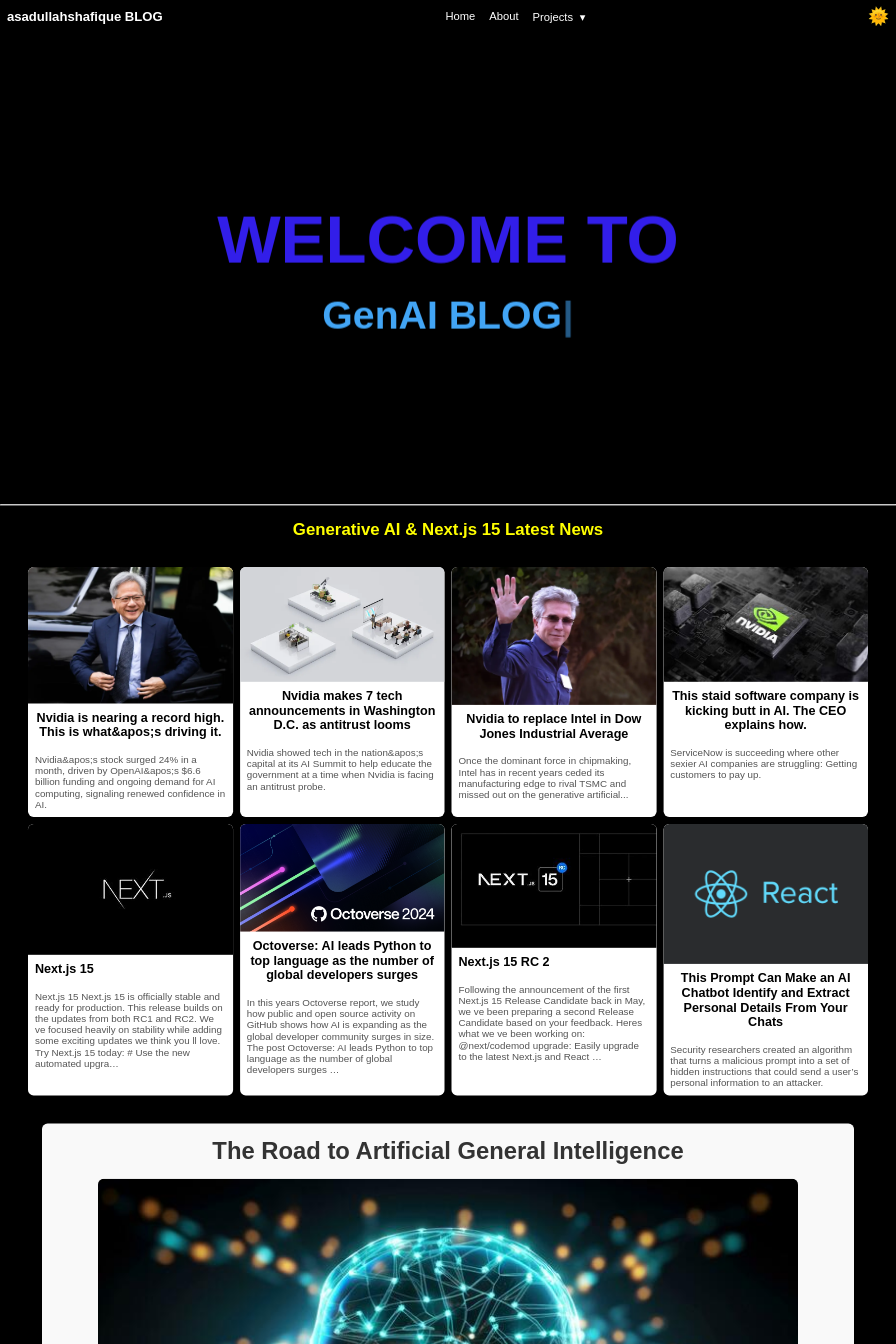
Repository: asadullah48/blog_learning
Page: /main
These files come from the project's save history. The page is drawn as it stood at one moment and after the next save; the edit follows.
The browser window is 1280 px wide. The pictures show the part of the page from y = 0 to 1920 px (the page is 11536 px tall), at 70% of full size.
The project was rebuilt for these pictures with package versions that can differ from the ones it lists, and the page was loaded fresh each time. The framework's server and built-in components were replaced by stand-ins that run in the browser. Also part of the build but not shown: next.config.ts.

Above is the page before, as saved 2024-12-27 11:58:20.

### src/app/main/page.tsx
"use client";

import React, { useState, useEffect } from 'react';
import Typewriter from 'typewriter-effect';
import './main.css';
import SocialMedia from '../socialmedia/page';
import Link from 'next/link';

const Page = () => {
  const [showProjects, setShowProjects] = useState(false);
  const [isDarkMode, setIsDarkMode] = useState(true);

  const toggleTheme = () => {
    setIsDarkMode(!isDarkMode);
    document.body.classList.toggle('light-mode', !isDarkMode);
  };
  const handleProjectClick = () => {
    setShowProjects((prevShowProjects) => !prevShowProjects); // Toggle the visibility on click
};

const handleClickOutside = (event: MouseEvent) => {
  const target = event.target as HTMLElement;
  if (!target.closest('.projects-menu') && !target.closest('.project-list')) {
      setShowProjects(false);
  }
};



useEffect(() => {
  document.addEventListener('click', handleClickOutside);
  return () => document.removeEventListener('click', handleClickOutside);
}, []);


  return (
    <div>
      <div className={`main-div ${isDarkMode ? 'dark' : 'light'}`}>
        <div className="navbar-section">
          <h3 className="asadullahshafique-blog">asadullahshafique <span> BLOG</span></h3>

          <ul>
            <li>Home</li>
            <li><Link href="/about">About</Link></li>
            <li
              onClick={handleProjectClick}
              className="projects-menu"
            >
              Projects <span className="arrow">&#9662;</span>
              {showProjects && (
                <div className="project-list">
                  <Link href="https://milestone02-gamma.vercel.app/" target="_blank" rel="noopener noreferrer" onClick={() => setShowProjects(false)}>Personal Portfolio</Link>
                  <Link href="https://duas-diary-kappa.vercel.app/" target="_blank" rel="noopener noreferrer" onClick={() => setShowProjects(false)}>HBD Celebration App</Link>
                  <Link href="https://doctor-app-wine.vercel.app/" target="_blank" rel="noopener noreferrer" onClick={() => setShowProjects(false)}>iOS Calculator</Link>
                  <Link href="https://asadullahshafique-devunity.vercel.app/" target="_blank" rel="noopener noreferrer" onClick={() => setShowProjects(false)}>GenAI Website</Link>
                </div>
              )}
            </li>
          </ul>

          <div className="theme-toggle" onClick={toggleTheme}>
            {isDarkMode ? '🌞' : '🌙'}
          </div>
        </div>

        <div className="welcome-section">
          <h1>WELCOME TO</h1>
          <div className="typed-text">
            <Typewriter
              options={{
                strings: ['TECH BLOG', 'GenAI BLOG', 'Next.js15 BLOG', 'Cloud Computing BLOG'],
                autoStart: true,
                loop: true,
              }}
            />
          </div>
        </div>

      </div>
      <hr />
      <SocialMedia />
    </div>
  );
};

export default Page;

### src/app/globals.css
*{
  /* background-color: black;
  color: white; */
  margin: 0;
  font-family: sans-serif;
}

### src/app/main/main.css
/* General body and main div styles */
body, html {
    margin: 0;
    padding: 0;
    height: 100%;
}
body.dark-mode, .main-div.dark {
    background-color: black;
    color: white;
    height: 100vh;
}

body.light-mode, .main-div.light {
    background-color: white;
    color: black;
    height: 100vh;
}

.main-div {
    display: flex;
    flex-direction: column;
    justify-content: space-between;
    min-height: 100vh;
}

/* Navbar section */
.navbar-section {
    display: flex;
    justify-content: space-between;
    padding: 10px;
    align-items: center;
    font-family: sans-serif;
    animation: fadeIn 3s ease forwards;
}

ul {
    display: flex;
    gap: 20px;
    list-style: none;
}

li {
    list-style: none;
    cursor: pointer;
    a {
        text-decoration: none;
        color: white;
    }
}

.subhan-blog {
    background: linear-gradient(90deg, rgba(14, 0, 255, 1) 0%, rgba(9, 9, 121, 1) 35%, rgba(0, 212, 255, 1) 100%);
    border: 2px solid white;
    border-radius: 5px;
}

/* Projects menu and project list */
.projects-menu {
    position: relative;
}

.arrow {
    margin-left: 5px;
    transition: transform 0.3s ease;
}

/* Project list styling */
/* Project list styling */
.project-list {
    position: absolute;
    top: 100%;
    left: 0;
    background: white;
    box-shadow: 0px 4px 8px rgba(0, 0, 0, 0.1);
    border-radius: 5px;
    padding: 10px;
    opacity: 0;
    visibility: hidden;
    transform: translateY(-10px);
    transition: opacity 0.3s ease, visibility 0.3s ease, transform 0.3s ease;
    z-index: 20; /* Ensure the list is above other content */
}

/* Show project list when hovering over .projects-menu or .project-list */
.projects-menu:hover .project-list,
.project-list:hover {
    opacity: 1;
    visibility: visible;
    transform: translateY(0);
}

/* Links inside project list */
.project-list a {
    display: block;
    padding: 8px;
    text-decoration: none;
    color: black;
}

.project-list a:hover {
    background: rgba(0, 0, 255, 0.1);
    border-radius: 3px;
}


/* Theme toggle styling */
.theme-toggle {
    font-size: 1.5rem;
    cursor: pointer;
}

/* Welcome section */
.welcome-section {
    display: flex;
    flex-direction: column;
    align-items: center;
    justify-content: center;
    height: 100%;
    font-size: 3rem;
    font-weight: bold;
    text-align: center;
    color: #321ee9;
    animation: fadeIn 2s ease-in forwards;
}

.typed-text {
    font-size: 3.5rem;
    color: #42a5f5;
    margin-top: 20px;
}

/* Responsive Design */
@media (max-width: 768px) {
    .navbar-section {
        flex-direction: column;
        gap: 15px;
    }

    ul {
        gap: 15px;
    }

    .subhan-blog {
        font-size: 1.2rem;
        padding: 5px;
    }

    .welcome-section {
        font-size: 2.5rem;
    }

    .typed-text {
        font-size: 3rem;
    }
}

@media (max-width: 480px) {
    .navbar-section {
        flex-direction: column;
        gap: 10px;
        padding: 5px;
    }

    ul {
        flex-direction: column;
        gap: 10px;
    }

    .subhan-blog {
        font-size: 1rem;
        padding: 5px;
    }

    .welcome-section {
        font-size: 2rem;
    }

    .typed-text {
        font-size: 2.5rem;
        margin-top: 15px;
    }

    .theme-toggle {
        font-size: 1.2rem;
    }
}

@keyframes fadeIn {
    from {
        opacity: 0;
    }
    to {
        opacity: 1;
    }
}
@media (max-width: 300px) {
    .welcome-section {
        font-size: 1.5rem;
    }

}
@media (max-width: 250px) {
    .welcome-section {
        font-size: 0.5rem;
    }
    .typed-text {
        font-size: 0.5rem;
        margin-top: 15px;
    }

}

### src/app/socialmedia/page.tsx
"use client";

import React from 'react';
import NextBlog from '../nextblog/page';
import './social.css';

const SocialMedia = () => {
  const cardsData = [
    {
      image: '/ceo.png',
      title: 'Nvidia is nearing a record high. This is what&apos;s driving it.',
      description: 'Nvidia&apos;s stock surged 24% in a month, driven by OpenAI&apos;s $6.6 billion funding and ongoing demand for AI computing, signaling renewed confidence in AI.',
      link: 'https://www.businessinsider.com/nvidia-stock-nears-all-time-high-after-openai-funding-2024-10'
    },
    {
      image: '/graph.png',
      title: 'Nvidia makes 7 tech announcements in Washington D.C. as antitrust looms',
      description: 'Nvidia showed tech in the nation&apos;s capital at its AI Summit to help educate the government at a time when Nvidia is facing an antitrust probe.',
      link: 'https://venturebeat.com/ai/nvidia-showcases-tech-in-washington-d-c-as-antitrust-looms/'
    },
    {
      image: '/ceo2.png',
      title: 'Nvidia to replace Intel in Dow Jones Industrial Average',
      description: 'Once the dominant force in chipmaking, Intel has in recent years ceded its manufacturing edge to rival TSMC and missed out on the generative artificial...',
      link: 'https://finance.yahoo.com/news/nvidia-replace-intel-dow-jones-212628000.html'
    },
    {
      image: '/OIP.jpg',
      title: 'This staid software company is kicking butt in AI. The CEO explains how.',
      description: 'ServiceNow is succeeding where other sexier AI companies are struggling: Getting customers to pay up.',
      link: 'https://www.businessinsider.com/servicenow-ceo-bill-mcdermott-ai-software-2024-10'
    },
    {
      image: '/nextjs.jpg',
      title: 'Next.js 15',
      description: 'Next.js 15 Next.js 15 is officially stable and ready for production. This release builds on the updates from both RC1 and RC2. We ve focused heavily on stability while adding some exciting updates we think you ll love. Try Next.js 15 today: # Use the new automated upgra…',
      link: 'https://nextjs.org/blog/next-15'
    },
    {
      image: '/git.png',
      title: 'Octoverse: AI leads Python to top language as the number of global developers surges',
      description: 'In this years Octoverse report, we study how public and open source activity on GitHub shows how AI is expanding as the global developer community surges in size. The post Octoverse: AI leads Python to top language as the number of global developers surges …',
      link: 'https://github.blog/news-insights/octoverse/octoverse-2024/'
    },
    {
      image: '/rc.jpg',
      title: 'Next.js 15 RC 2',
      description: 'Following the announcement of the first Next.js 15 Release Candidate back in May, we ve been preparing a second Release Candidate based on your feedback. Heres what we ve been working on: @next/codemod upgrade: Easily upgrade to the latest Next.js and React …',
      link: 'https://nextjs.org/blog/next-15-rc2'
    },
    {
      image: '/R.png',
      title: 'This Prompt Can Make an AI Chatbot Identify and Extract Personal Details From Your Chats',
      description: 'Security researchers created an algorithm that turns a malicious prompt into a set of hidden instructions that could send a user’s personal information to an attacker.',
      link: 'https://react.dev/https://www.wired.com/story/ai-imprompter-malware-llm/'
    }
  ];

  return (
    <div className="mainsocial">
      <h2 className="header">Generative AI & Next.js 15 Latest News</h2>
      <div className="cards-container">
        {cardsData.map((card, index) => (
          <a key={index} href={card.link} target="_blank" rel="noopener noreferrer" className="card">
            <img src={card.image} alt={card.title} className="card-image" />
            <h3 className="card-title">{card.title}</h3>
            <p className="card-description">{card.description}</p>
          </a>
        ))}
      </div>
      <NextBlog />
    </div>
  );
};

export default SocialMedia;

### src/app/socialmedia/social.css
.mainsocial {
    text-align: center;
    background-color: #000;
    color: #fff;
    padding: 20px;
}

.header {
    font-size: 24px;
    color: yellow;
    text-shadow: 1px 1px 2px black;
    margin-bottom: 20px;
}

.cards-container {
    display: grid;
    grid-template-columns: repeat(1, minmax(250px, 1fr)); /* Default for very small screens */
    gap: 10px;
    padding: 20px;
}

/* Laptop view - 4 cards in a row */
@media (min-width: 1024px) {
    .cards-container {
        grid-template-columns: repeat(4, 1fr);
    }
}

/* Tablet view - 2 cards per row on smaller tablets, 3 per row on wider tablets */
@media (min-width: 768px) and (max-width: 1023px) {
    .cards-container {
        grid-template-columns: repeat(2, 1fr);
    }
}

/* Mobile view - 1 card per row */
@media (max-width: 767px) {
    .cards-container {
        grid-template-columns: repeat(1, 1fr);
        align-items: center;
    }
}

.card {
    background-color: #fff;
    color: #000;
    border-radius: 8px;
    box-shadow: 0 4px 8px rgba(0, 0, 0, 0.2);
    text-decoration: none;
    overflow: hidden;
    transition: transform 0.3s ease, box-shadow 0.3s ease;
    display: flex;
    flex-direction: column;
    align-items: flex-start;
    width: 100%; /* Ensure the card takes full width of its grid column */
}

.card:hover {
    transform: translateY(-10px);
    box-shadow: 0 8px 16px rgba(0, 0, 0, 0.3);
}

.card-image {
    width: 100%; /* Ensures the image fills the width of the card */
    height: auto;
    max-height: 200px; /* Optional: Limit max height to maintain aspect ratio */
    object-fit: cover; /* Ensures the image scales without distortion */
}

.card-title {
    font-size: 18px;
    margin: 10px;
    font-weight: bold;
}

.card-description {
    font-size: 14px;
    margin: 10px;
    color: #555;
    text-align: left;
}

/* Special styling for ultra-small screens */
@media (max-width: 220px) {
    .card {
        width: 100px;
    }
    .card-image {
        width: 100px;
    }
}

/* Additional styling for small screens to increase image height */
@media (max-width: 480px) {
    .card-image {
        height: 250px; /* Increase the image height on smaller screens */
    }
}

### src/app/footer/page.tsx
import React from 'react';
import { FaFacebook, FaInstagram, FaLinkedin, FaTwitter } from 'react-icons/fa';

const Footer = () => {
  return (
    <div style={{marginTop:'50px', height: '25vh', backgroundColor: '#333', color: '#fff', display: 'flex', flexDirection: 'column', alignItems: 'center', justifyContent: 'center', padding: '20px'  }}>
      <h3>Contact Me</h3>
      <p>Phone: +92 321 3771 445</p>
      <p>Email: asadullahshafique@hotmail.com</p>

      <div style={{ display: 'flex', gap: '20px', marginTop: '15px' }}>
        <a href="https://www.facebook.com/asadullahshafique" target="_blank" rel="noopener noreferrer" style={{ color: '#fff' }}>
          <FaFacebook size={24} />
        </a>
        <a href="https://www.instagram.com/shafiqueasadullah/" target="_blank" rel="noopener noreferrer" style={{ color: '#fff' }}>
          <FaInstagram size={24} />
        </a>
        <a href="https://www.linkedin.com/in/asadullah-shafique-a00679325/" target="_blank" rel="noopener noreferrer" style={{ color: '#fff' }}>
          <FaLinkedin size={24} />
        </a>
        <a href="#" target="_blank" rel="noopener noreferrer" style={{ color: '#fff' }}>
          <FaTwitter size={24} />
        </a>
      </div>
    </div>
  );
}

export default Footer;

### src/app/nextblog/next.css
/* Basic Reset */
* {
    margin: 0;
    padding: 0;
    box-sizing: border-box;
  }

  .container {
    max-width: 1200px;
    margin: auto;
    padding: 20px;
  }

  .article-grid {
    display: grid;
    grid-template-columns: 1fr;
    gap: 40px;
  }

  .article {
    display: flex;
    flex-direction: column; /* Image below title */
    gap: 20px;
    background-color: #f9f9f9;
    padding: 20px;
    border-radius: 8px;
    box-shadow: 0 4px 8px rgba(0, 0, 0, 0.2);
    align-items: center; /* Center the content */
  }

  .article img {
    width: 1000px; /* Ensure the image width stays the same */
    height: auto;
    border-radius: 8px;

  }

  .article-content {
    display: flex;
    flex-direction: column;
    justify-content: space-between;
    text-align: center; /* Center the text */
  }

  .article-title {
    font-size: 34px;
    font-weight: bold;
    color: #333;
    text-align: center; /* Title centered */
  }

  .article-description {
    font-size: 22px;
    color: #555;
    margin-top: 10px;
    text-align: center; /* Description centered */
  }

  /* Responsive Design */
  @media (max-width: 1024px) {

    .article img {
      width: 650px;
    }
  }

  @media (max-width: 768px) {
    .article {

      flex-direction: column;
      align-items: center;
    }


  .article-grid{
    display: flex;
    flex-direction: column;

  }
    .article img {
      width: 400px; /* Maintain image width */

    }

    .article-title {
      font-size: 20px;
    }

    .article-description {
      font-size: 14px;
    }
  }

  @media (max-width: 480px) {
    .article-title {
      font-size: 18px;
    }
    .article img {
      width: 250px; /* Maintain image width */
    }



    .article-description {
      font-size: 12px;
    }
  }
  @media (max-width: 325px){
    .article img{
      width: 180px;
    }
  }
  @media (max-width: 255px){
    .article img{
      width: 80px;
    }
  }

Loaded but not shown: src/app/layout.tsx (common file); src/app/nextblog/page.tsx (60 lines, source omitted)

After the next save:
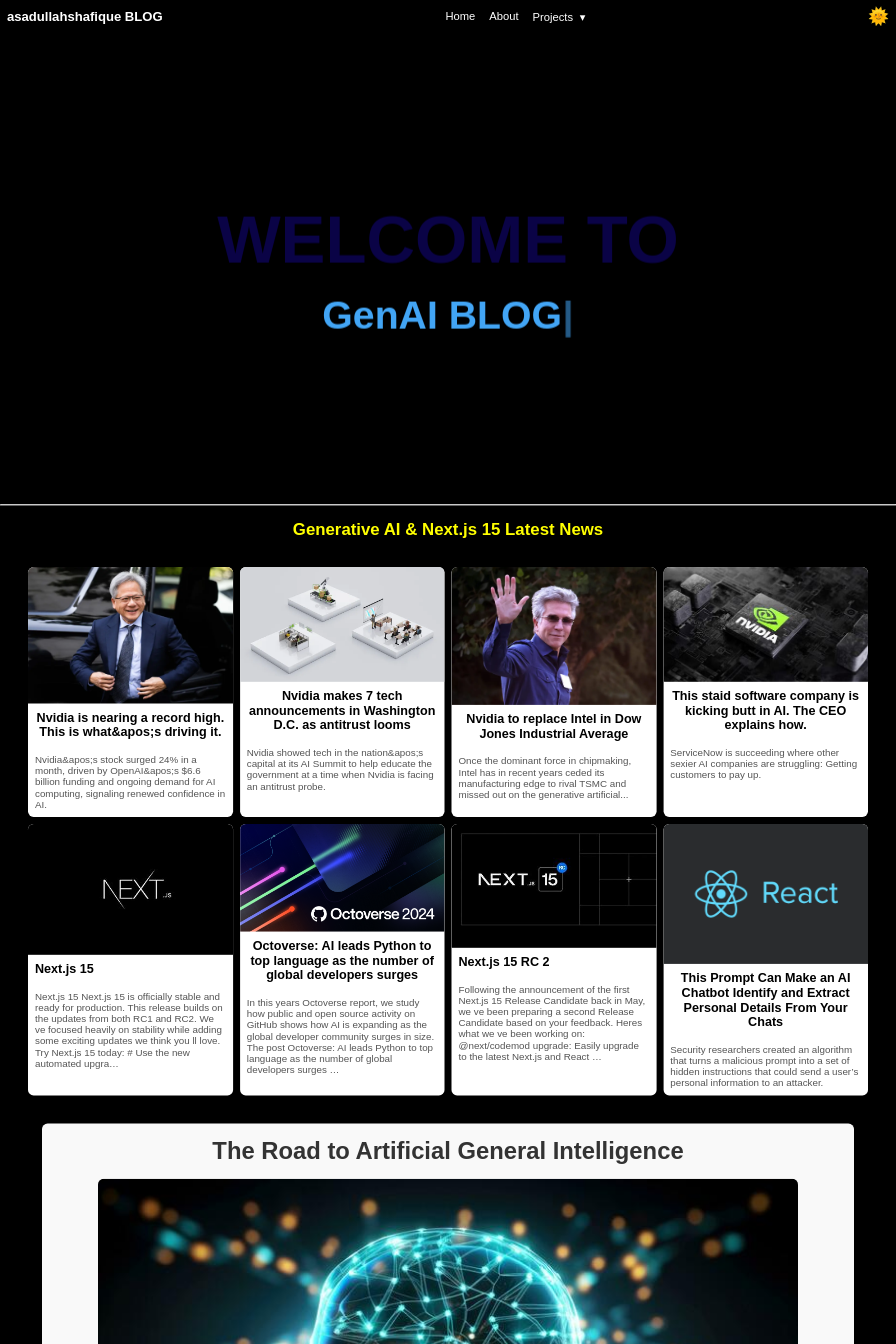
Saved 7 s later.
--- a/src/app/main/main.css
+++ b/src/app/main/main.css
@@ -119,7 +119,7 @@
     font-size: 3rem;
     font-weight: bold;
     text-align: center;
-    color: #321ee9;
+    color: #0a0346;
     animation: fadeIn 2s ease-in forwards;
 }
 
